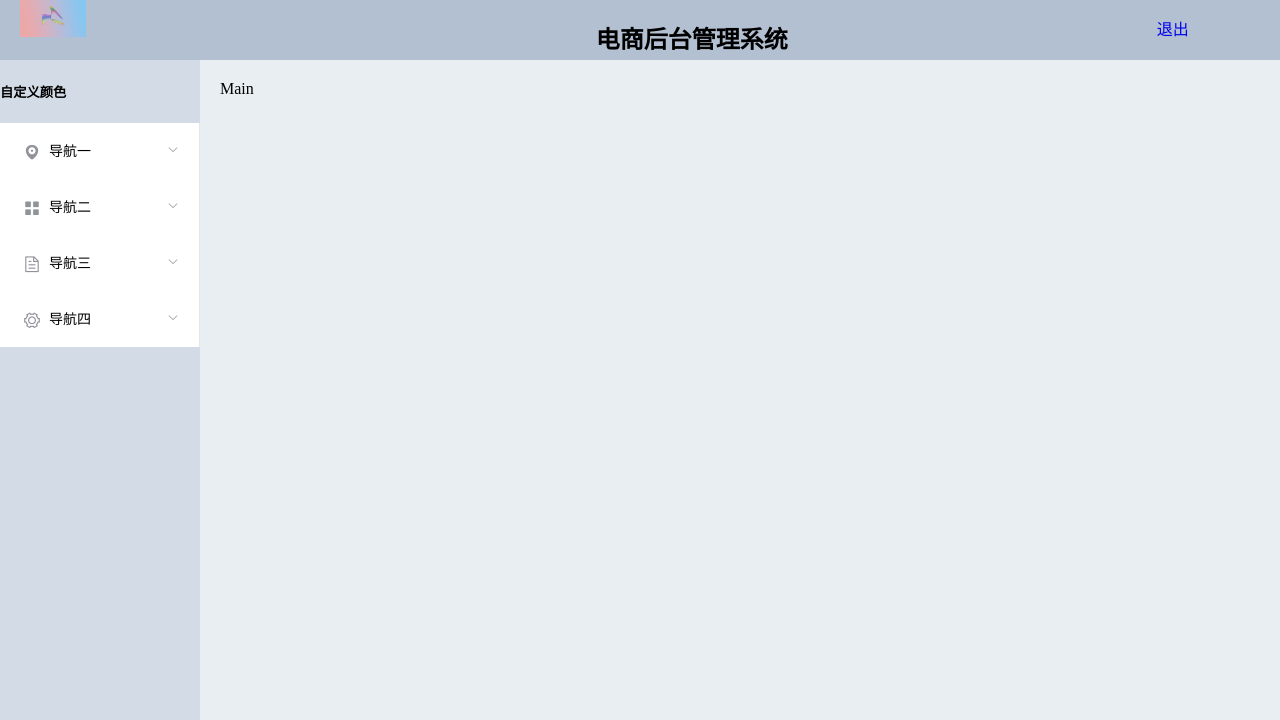
Repository: StenphonCook/mallmanger_my
Page: /
An editor plug-in stored every save of this project. The page is shown before and after the next save, followed by the edit.
The browser window is 1280 px wide. The pictures show the whole page.
The project was rebuilt for these pictures with package versions that can differ from the ones it lists, and the page was loaded fresh each time. Also part of the build but not shown: src/components/login/login.vue.

Above is the page before, as saved 2022-05-18 22:31:49.

After the next save:
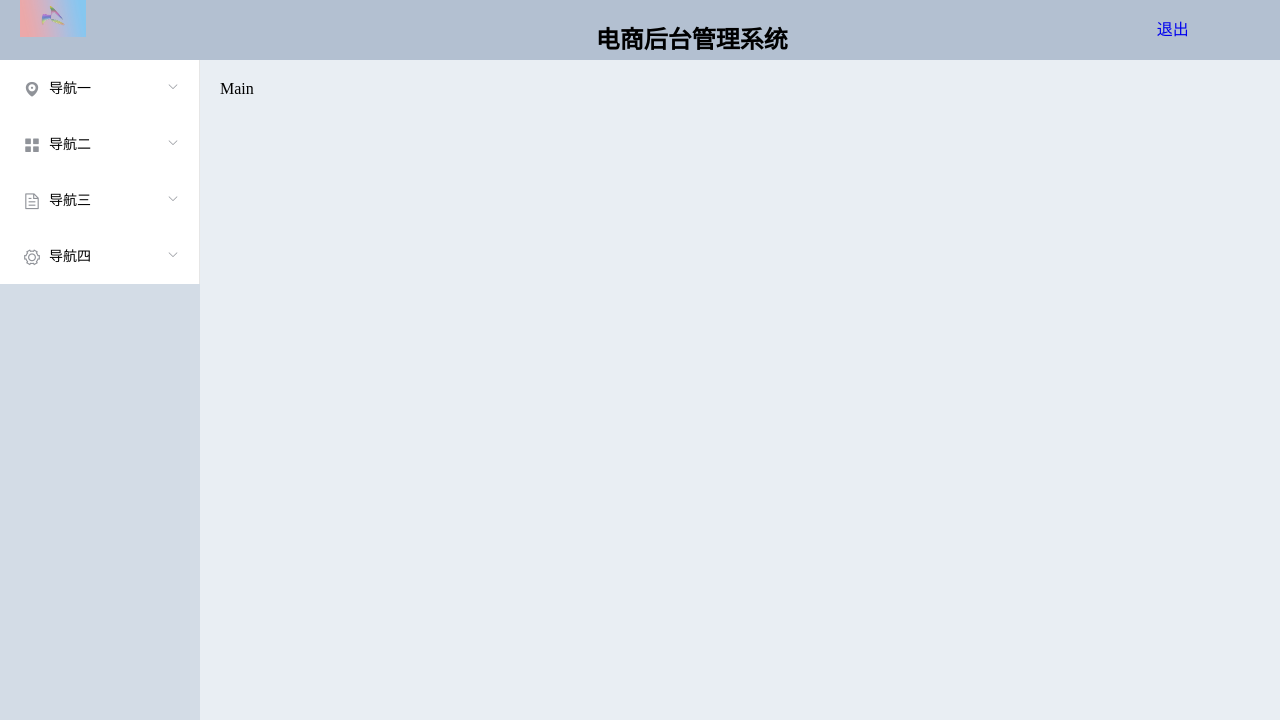
Saved 14 s later.
--- a/src/components/home/home.vue
+++ b/src/components/home/home.vue
@@ -20,7 +20,6 @@
         <el-container>
             <el-aside class="aside" width="200px">
                   <el-col  :span="24">
-                    <h5>自定义颜色</h5>
                     <el-menu
                     default-active="2"
                     class="el-menu-vertical-demo"
